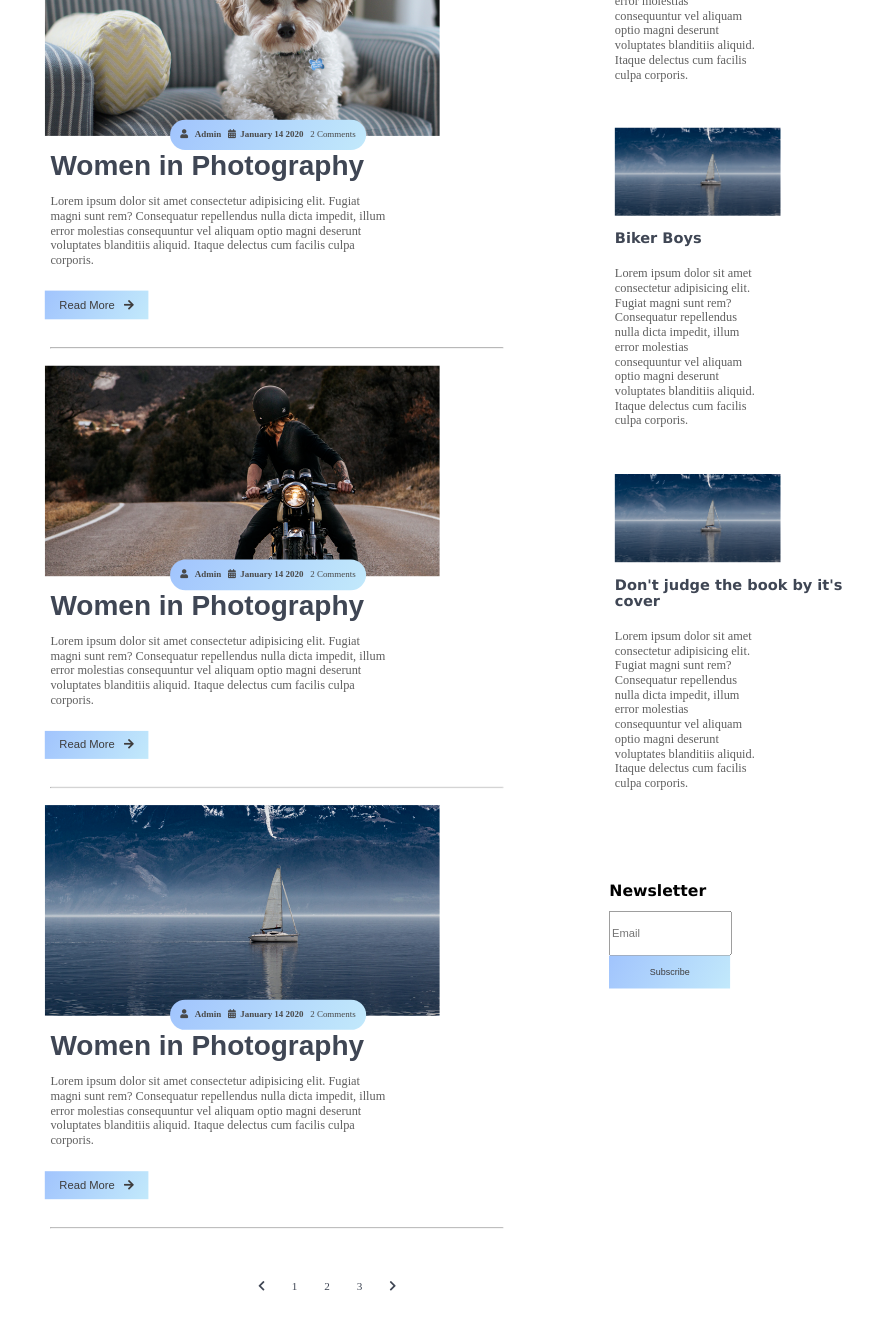
Repository: premjawaharp/Blogsite
Page: index.html
An editor plug-in stored every save of this project. The page is shown before and after the next save, followed by the edit.
The browser window is 1280 px wide. The pictures show the part of the page from y = 2033 to 3953 px (the page is 3953 px tall), at 70% of full size.

Above is the page before, as saved 2020-09-16 21:41:17.

After the next save:
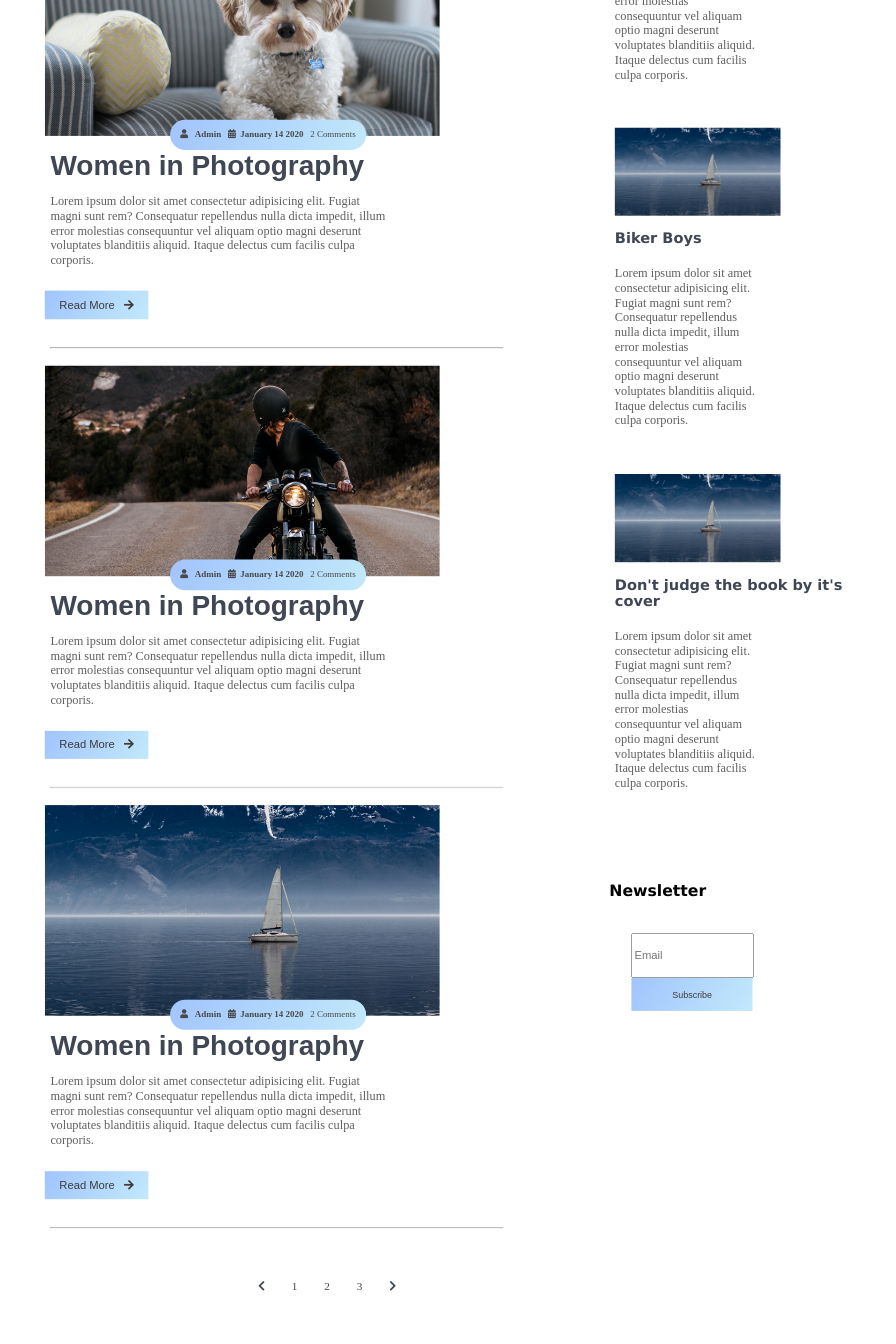
Saved 4 s later.
--- a/css/style.css
+++ b/css/style.css
@@ -404,7 +404,7 @@ main .post-content .post-btn {
     display: flex;
     width: 50%;
     flex-direction: column;
-    margin: 2 rem;
+    margin: 2rem;
 }
 main .news-letter .news-form .new-form-btn {
     border-radius: 0;
